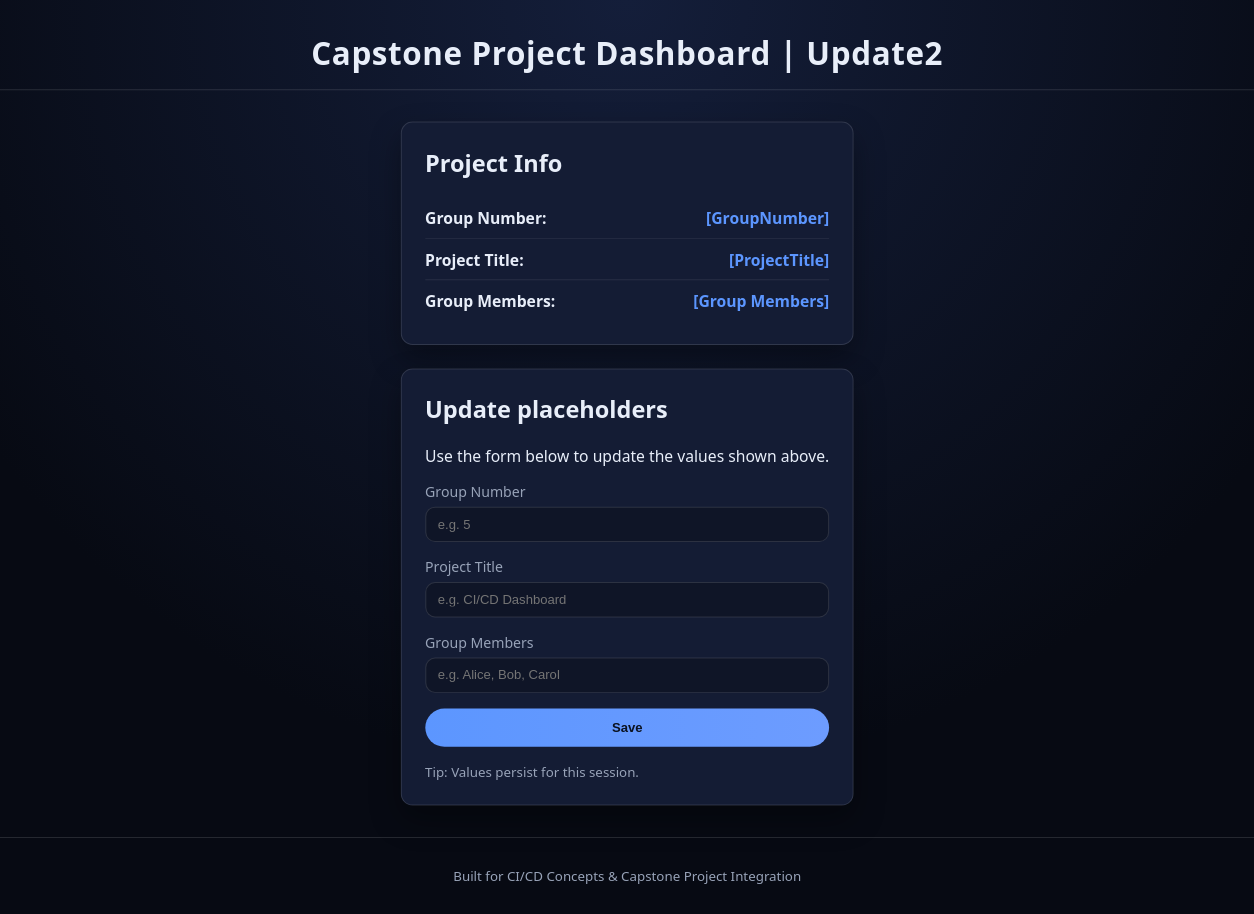
Repository: vatsalpatel3009/GroupNumber6_Cicd
Page: myapp/index.html
An editor plug-in stored every save of this project. The page is shown before and after a run of saves, followed by the edit.
The browser window is 1280 px wide. The pictures show the whole page, at 98% of full size.

Above is the page before, as saved 2026-03-17 14:39:27.

### myapp/index.html
<!DOCTYPE html>
<html lang="en">
<head>
  <meta charset="UTF-8" />
  <meta name="viewport" content="width=device-width, initial-scale=1.0" />
  <title>Capstone Project Home</title>
  <link rel="stylesheet" href="styles.css" />
</head>
<body>
  <header class="page-header">
    <h1>Capstone Project Dashboard | Update2</h1>
  </header>

  <main class="content">
    <section class="card">
      <h2>Project Info</h2>
      <div class="placeholder">
        <strong>Group Number:</strong>
        <span id="group-number">[GroupNumber]</span>
      </div>
      <div class="placeholder">
        <strong>Project Title:</strong>
        <span id="project-title">[ProjectTitle]</span>
      </div>
      <div class="placeholder">
        <strong>Group Members:</strong>
        <span id="group-members">[Group Members]</span>
      </div>
    </section>

    <section class="card">
      <h2>Update placeholders</h2>
      <p>Use the form below to update the values shown above.</p>

      <form id="project-form">
        <label>
          Group Number
          <input type="text" id="input-group-number" placeholder="e.g. 5" />
        </label>

        <label>
          Project Title
          <input type="text" id="input-project-title" placeholder="e.g. CI/CD Dashboard" />
        </label>

        <label>
          Group Members
          <input type="text" id="input-group-members" placeholder="e.g. Alice, Bob, Carol" />
        </label>

        <button type="submit">Save</button>
      </form>

      <p class="hint">Tip: Values persist for this session.</p>
    </section>
  </main>

  <footer class="page-footer">
    <p>Built for CI/CD Concepts & Capstone Project Integration</p>
  </footer>

  <script src="script.js"></script>
</body>
</html>

### myapp/styles.css
/* Simple layout for capstone project home page */
:root {
  --bg: #0b1220;
  --card: #141c34;
  --text: #e8eef9;
  --muted: #98a3b8;
  --accent: #5c96ff;
  --border: rgba(255, 255, 255, 0.12);
}

* {
  box-sizing: border-box;
}

body {
  margin: 0;
  font-family: system-ui, -apple-system, BlinkMacSystemFont, 'Segoe UI', Roboto, Ubuntu, sans-serif;
  background: radial-gradient(circle at top, #141e3a 0%, #070a13 70%);
  color: var(--text);
  min-height: 100vh;
  display: flex;
  flex-direction: column;
}

.page-header {
  padding: 2rem 1.5rem 1rem;
  text-align: center;
  border-bottom: 1px solid var(--border);
}

.page-header h1 {
  margin: 0;
  font-size: 2rem;
  letter-spacing: 0.02em;
}

.content {
  flex: 1;
  padding: 2rem 1.5rem;
  max-width: 900px;
  margin: 0 auto;
  display: grid;
  gap: 1.5rem;
}

.card {
  background: var(--card);
  border: 1px solid var(--border);
  border-radius: 12px;
  padding: 1.5rem;
  box-shadow: 0 14px 30px rgba(0, 0, 0, 0.35);
}

.card h2 {
  margin-top: 0;
}

.placeholder {
  display: flex;
  justify-content: space-between;
  padding: 0.6rem 0;
  border-bottom: 1px solid rgba(255, 255, 255, 0.08);
}

.placeholder:last-child {
  border-bottom: none;
}

.placeholder span {
  color: var(--accent);
  font-weight: 600;
}

form {
  display: grid;
  gap: 1rem;
}

label {
  display: grid;
  gap: 0.35rem;
  font-size: 0.9rem;
  color: var(--muted);
}

input {
  width: 100%;
  padding: 0.6rem 0.75rem;
  border-radius: 10px;
  border: 1px solid rgba(255, 255, 255, 0.12);
  background: rgba(0, 0, 0, 0.25);
  color: var(--text);
}

button {
  padding: 0.75rem 1.1rem;
  border: none;
  border-radius: 999px;
  background: linear-gradient(90deg, var(--accent), #6d9cff);
  color: #0b1220;
  font-weight: 700;
  cursor: pointer;
  transition: transform 0.15s ease, box-shadow 0.15s ease;
}

button:hover {
  transform: translateY(-1px);
  box-shadow: 0 12px 18px rgba(92, 150, 255, 0.35);
}

button:active {
  transform: translateY(0);
}

.hint {
  margin: 0;
  margin-top: 1rem;
  font-size: 0.85rem;
  color: var(--muted);
}

.page-footer {
  padding: 1rem 1.5rem;
  text-align: center;
  font-size: 0.85rem;
  color: var(--muted);
  border-top: 1px solid var(--border);
}

@media (max-width: 520px) {
  body {
    padding-bottom: 1rem;
  }

  .placeholder {
    flex-direction: column;
    gap: 0.35rem;
  }
}

### myapp/script.js
const groupNumberEl = document.getElementById('group-number');
const projectTitleEl = document.getElementById('project-title');
const groupMembersEl = document.getElementById('group-members');
const form = document.getElementById('project-form');

const STORAGE_KEY = 'capstoneProjectPlaceholders';

function loadFromStorage() {
  try {
    const stored = window.localStorage.getItem(STORAGE_KEY);
    if (!stored) return null;
    return JSON.parse(stored);
  } catch (error) {
    console.warn('Unable to load saved placeholders', error);
    return null;
  }
}

function saveToStorage(value) {
  try {
    window.localStorage.setItem(STORAGE_KEY, JSON.stringify(value));
  } catch (error) {
    console.warn('Unable to save placeholders', error);
  }
}

function applyValues({ groupNumber, projectTitle, groupMembers }) {
  groupNumberEl.textContent = groupNumber || '[GroupNumber]';
  projectTitleEl.textContent = projectTitle || '[ProjectTitle]';
  groupMembersEl.textContent = groupMembers || '[Group Members]';
}

function init() {
  const values = loadFromStorage();
  if (values) {
    applyValues(values);
    document.getElementById('input-group-number').value = values.groupNumber || '';
    document.getElementById('input-project-title').value = values.projectTitle || '';
    document.getElementById('input-group-members').value = values.groupMembers || '';
  }
}

form.addEventListener('submit', (event) => {
  event.preventDefault();

  const newValues = {
    groupNumber: document.getElementById('input-group-number').value.trim(),
    projectTitle: document.getElementById('input-project-title').value.trim(),
    groupMembers: document.getElementById('input-group-members').value.trim(),
  };

  applyValues(newValues);
  saveToStorage(newValues);
});

init();

After the next 2 saves:
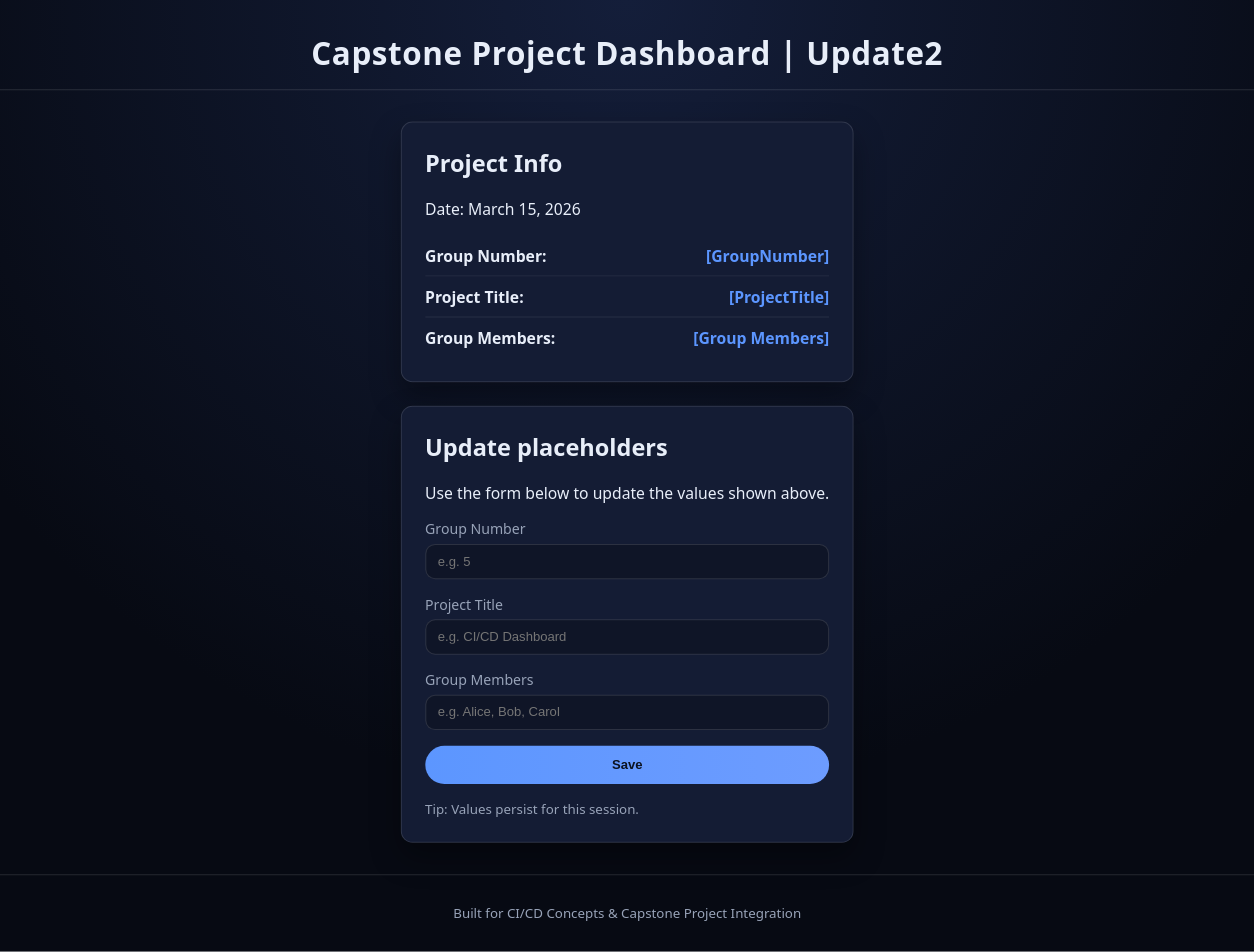
The 2 saves are shown as one change because they came seconds apart.
The last was saved 18 min 50 s later.
--- a/myapp/index.html
+++ b/myapp/index.html
@@ -14,6 +14,7 @@
   <main class="content">
     <section class="card">
       <h2>Project Info</h2>
+      <p>Date: March 15, 2026</p>
       <div class="placeholder">
         <strong>Group Number:</strong>
         <span id="group-number">[GroupNumber]</span>
